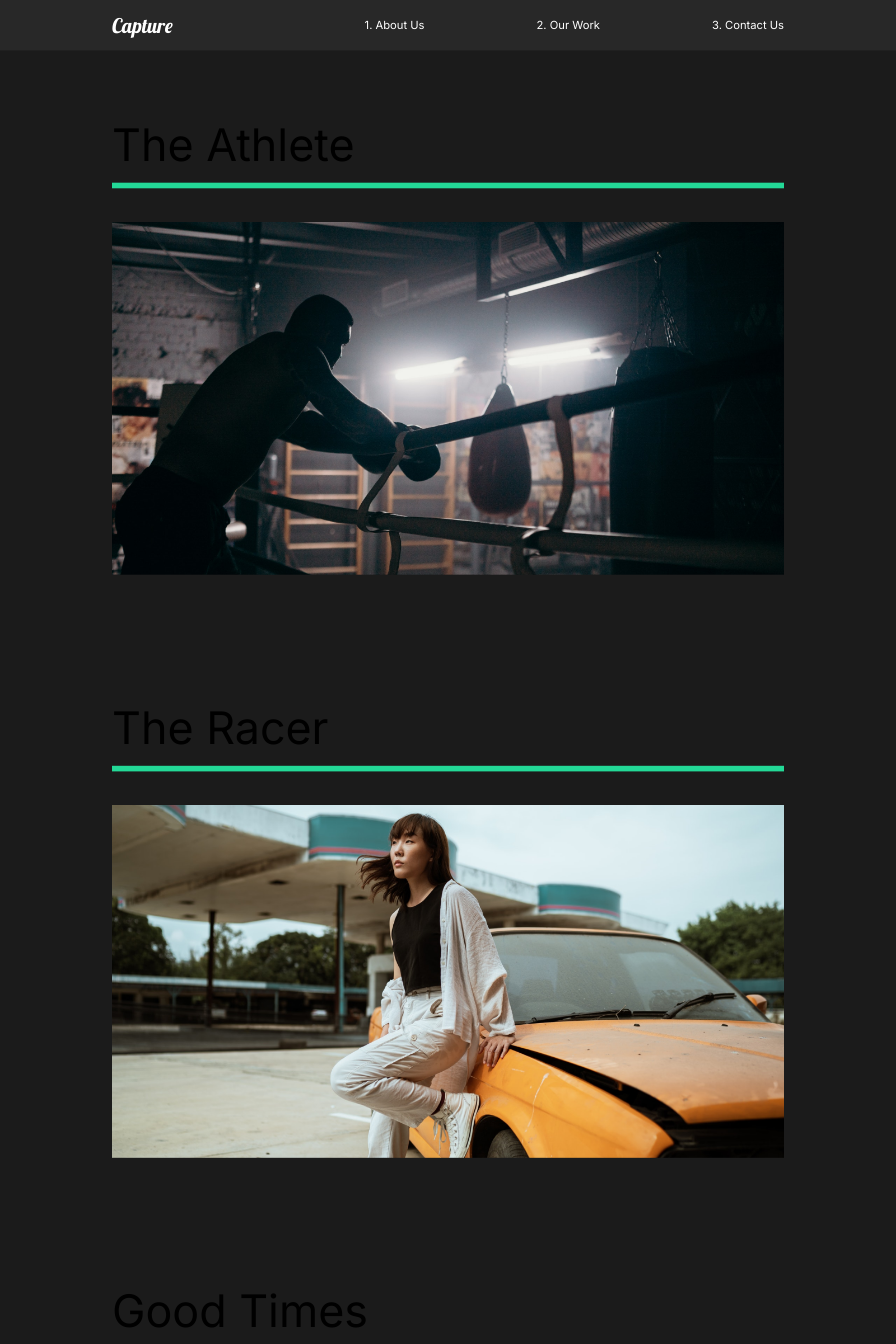
Repository: programmingwithlevi/capture
Page: /work
An editor plug-in stored every save of this project. The page is shown before and after the next save, followed by the edit.
The browser window is 1280 px wide. The pictures show the part of the page from y = 0 to 1920 px (the page is 2731 px tall), at 70% of full size.
The project was rebuilt for these pictures with package versions that can differ from the ones it lists, and the page was loaded fresh each time. Also part of the build but not shown: src/styles.js, src/components/Wave.js, src/components/AboutSection.js, src/components/ServicesSection.js, src/components/FaqSection.js, src/pages/AboutUs.js, src/pages/ContactUs.js, src/movieState.js and 1 more.

Above is the page before, as saved 2021-12-10 15:55:00.

After the next save:
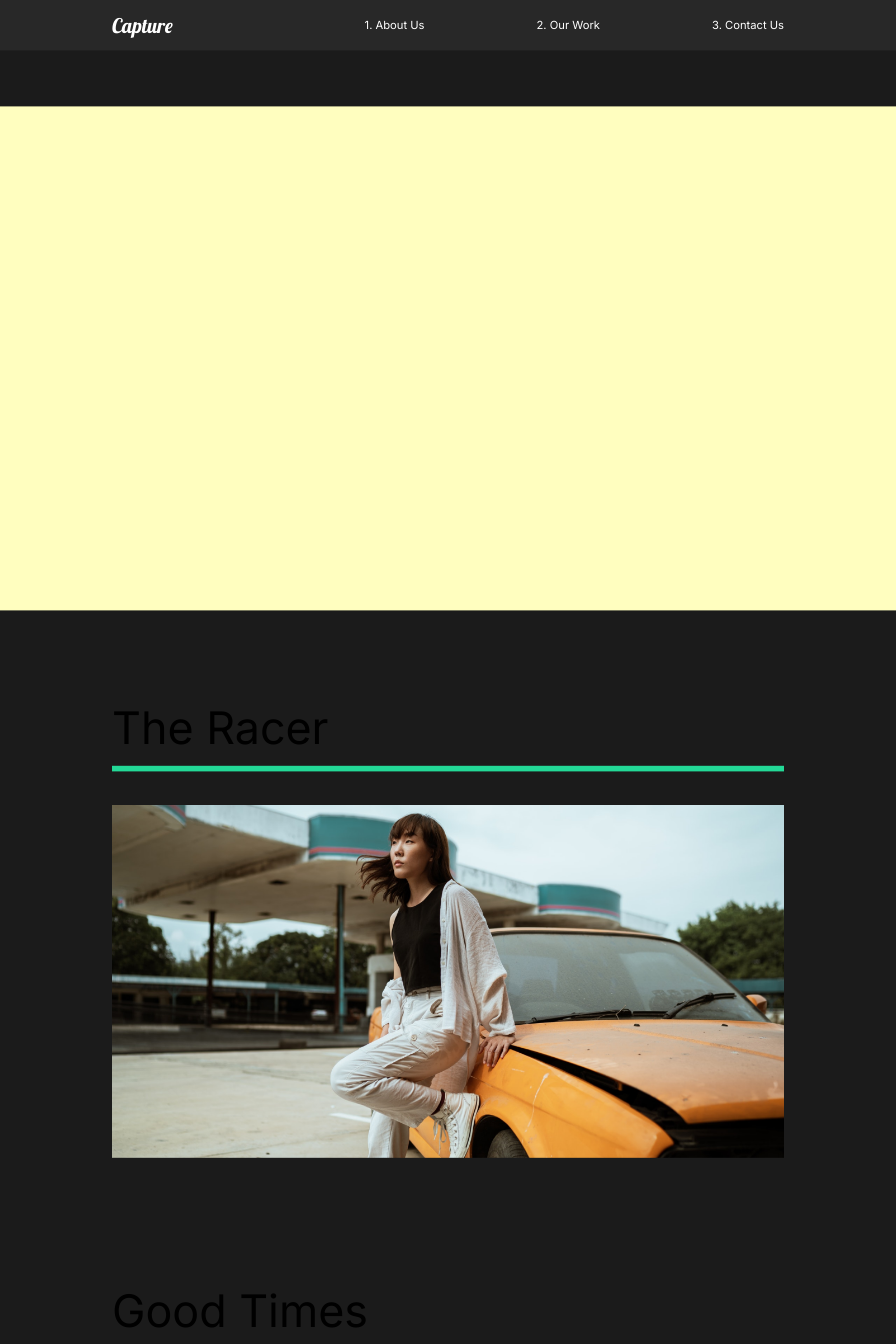
Saved 3 min 46 s later.
--- a/src/pages/OurWork.js
+++ b/src/pages/OurWork.js
@@ -12,6 +12,7 @@ import {pageAnimation,fade,photoAnim,lineAnim} from "../animations";
 const OurWork = () => {
     return(
         <Work exit="exit" variants={pageAnimation} initial="hidden" animate="show">
+            <Frame1></Frame1>
             <Movie>
                 <motion.h2 variants={fade}>The Athlete</motion.h2>
                 <motion.div variants={lineAnim} className="line"></motion.div>
@@ -72,6 +73,8 @@ const Frame1 = styled(motion.div)`
     left: 0;
     width: 100%;
     height: 100vh;
+    background: #fffebf;
+    z-index: 2;
 `
 
 export default OurWork;
